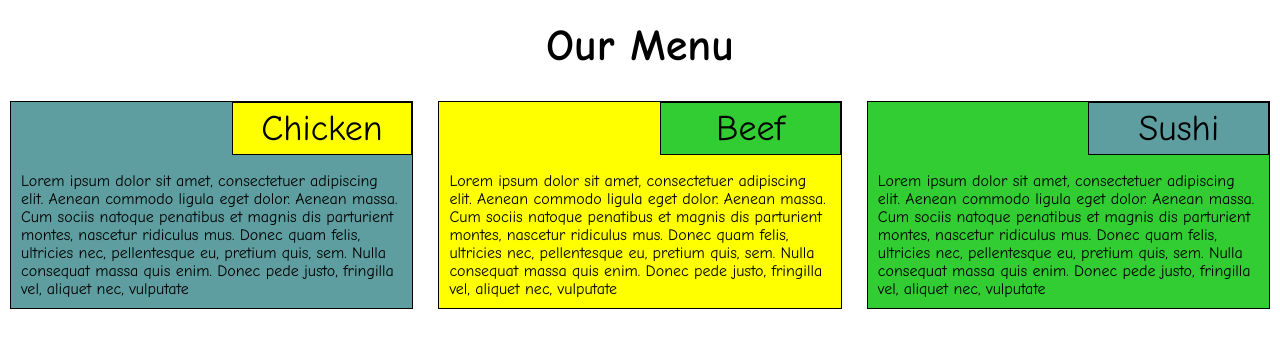
Repository: Normandy72/module2-solution
Page: index.html
These files come from the project's save history. The page is drawn as it stood at one moment and after the next save; the edit follows.
The browser window is 1280 px wide. The pictures show the whole page.

Above is the page before, as saved 2022-12-05 15:30:19.

### index.html
<!DOCTYPE html>
<html lang="en">
<head>
    <meta charset="UTF-8">
    <meta http-equiv="X-UA-Compatible" content="IE=edge">
    <meta name="viewport" content="width=device-width, initial-scale=1.0">
    <title>Our menu</title>
    <link href="https://fonts.googleapis.com/css2?family=Comic+Neue:ital,wght@0,300;0,400;0,700;1,300;1,400;1,700&family=Roboto:ital,wght@0,100;0,300;0,400;0,500;0,700;0,900;1,100;1,300;1,400;1,500;1,700;1,900&display=swap" rel="stylesheet">
    <link rel="stylesheet" href="styles/style.css">
</head>
<body>
    <h1>Our Menu</h1>
    <div class="wrapper">
        <div class="card">
            <div class="card__name">Chicken</div>
            <p class="card__text">Lorem ipsum dolor sit amet, consectetuer adipiscing elit. Aenean commodo ligula eget dolor. Aenean massa. Cum sociis natoque penatibus et magnis dis parturient montes, nascetur ridiculus mus. Donec quam felis, ultricies nec, pellentesque eu, pretium quis, sem. Nulla consequat massa quis enim. Donec pede justo, fringilla vel, aliquet nec, vulputate</p>
        </div>
        <div class="card">
            <div class="card__name">Beef</div>
            <p class="card__text">Lorem ipsum dolor sit amet, consectetuer adipiscing elit. Aenean commodo ligula eget dolor. Aenean massa. Cum sociis natoque penatibus et magnis dis parturient montes, nascetur ridiculus mus. Donec quam felis, ultricies nec, pellentesque eu, pretium quis, sem. Nulla consequat massa quis enim. Donec pede justo, fringilla vel, aliquet nec, vulputate</p>
        </div>
        <div class="card">
            <div class="card__name">Sushi</div>
            <p class="card__text">Lorem ipsum dolor sit amet, consectetuer adipiscing elit. Aenean commodo ligula eget dolor. Aenean massa. Cum sociis natoque penatibus et magnis dis parturient montes, nascetur ridiculus mus. Donec quam felis, ultricies nec, pellentesque eu, pretium quis, sem. Nulla consequat massa quis enim. Donec pede justo, fringilla vel, aliquet nec, vulputate</p>
        </div>
    </div>
</body>
</html>

### styles/style.css
*{
    font-family: 'Comic Neue', cursive;
    font-size: 10px;

    margin: 0;
    padding: 0;
    box-sizing: border-box;
}

h1{
    font-size: 4.4rem;
    text-align: center;

    padding-top: 20px;
    padding-bottom: 30px;
}

.wrapper{
    display: flex;
    justify-content: space-between;
    padding-left: 10px;
    padding-right: 10px;
}

.card{
    width: 32%;
    margin-bottom: 30px;
    position: relative;
    border: 1px solid black;
}

.card__name{
    border: 1px solid black;
    font-size: 3.6rem;
    padding: 5px;
    text-align: center;
    width: 45%;
    position: absolute;
    top: 0;
    right: 0;
}

.card__text{
    font-size: 1.6rem;
    padding: 70px 10px 10px;
}

.card:nth-child(1){
    background-color: cadetblue;
}

.card:nth-child(2){
    background-color: yellow;
}

.card:nth-child(3){
    background-color: limegreen;
}

.card:nth-child(1) .card__name{
    background-color: yellow;
}

.card:nth-child(2) .card__name{
    background-color: limegreen;
}

.card:nth-child(3) .card__name{
    background-color: cadetblue;
}

@media screen and (min-width: 768px) and (max-width: 991px) {
    .wrapper{
        flex-wrap: wrap;
    }

    .card:nth-child(1), .card:nth-child(2){
        width: 49%;
    }

    .card:nth-child(3){
        width: 100%;
    }
}

@media  screen and (max-width: 768px) {
    .wrapper{
        flex-wrap: wrap;
    }

    .card:nth-child(1), .card:nth-child(2), .card:nth-child(3)    {
        width: 100%;
    }

}

After the next save:
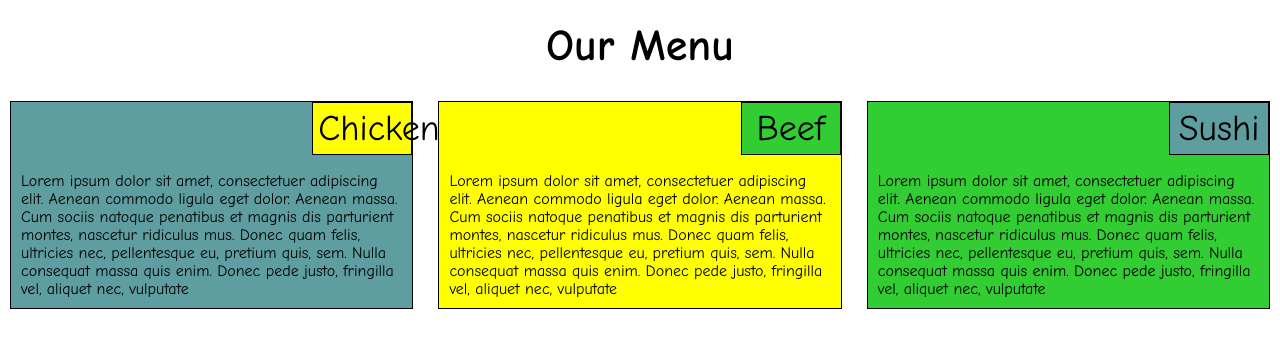
Saved 54 s later.
--- a/styles/style.css
+++ b/styles/style.css
@@ -34,7 +34,7 @@ h1{
     font-size: 3.6rem;
     padding: 5px;
     text-align: center;
-    width: 45%;
+    width: 100px;
     position: absolute;
     top: 0;
     right: 0;
